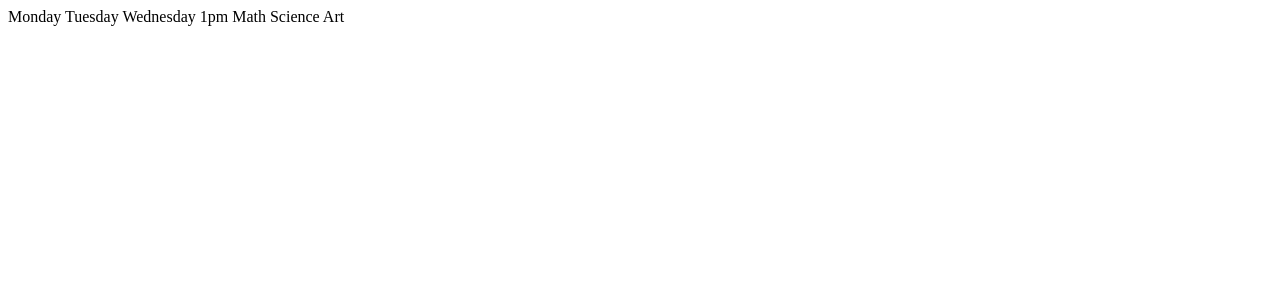
Repository: jefflai0412/website_design
Page: task1.html
The author's editor kept a copy of each file at every save. The page is drawn from the files as they stood at one save, then again after the next save.
The browser window is 1280 px wide. The pictures show the whole page.

Above is the page before, as saved 2024-10-18 13:27:05.

### task1.html
<!DOCTYPE html>
<html lang="en">
<head>
    <meta charset="UTF-8">
    <meta name="viewport" content="width=device-width, initial-scale=1.0">
    <title>Document</title>
</head>
<body>
    <tb>
        <tr>
            <th></th>
            <th>Monday</th>
            <th>Tuesday</th>
            <th>Wednesday</th>
        </tr>

        <tr>
            <th scope="row">1pm</th>
            <td>Math</td>
            <td>Science</td>
            <td>Art</td>
        </tr>
    </tb>
</body>
</html>

After the next save:
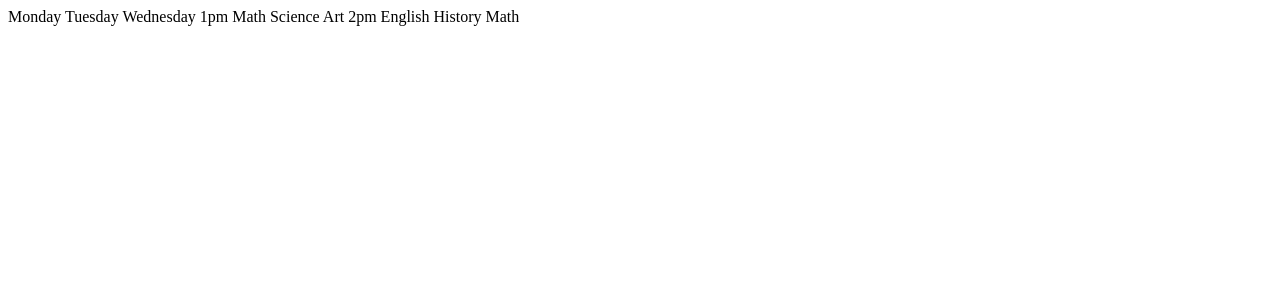
Saved 11 s later.
--- a/task1.html
+++ b/task1.html
@@ -20,6 +20,12 @@
             <td>Science</td>
             <td>Art</td>
         </tr>
+
+        <tr>
+            <th scope="row">2pm</th>
+            <td>English</td>
+            <td>History</td>
+            <td>Math</td>
     </tb>
 </body>
 </html>
